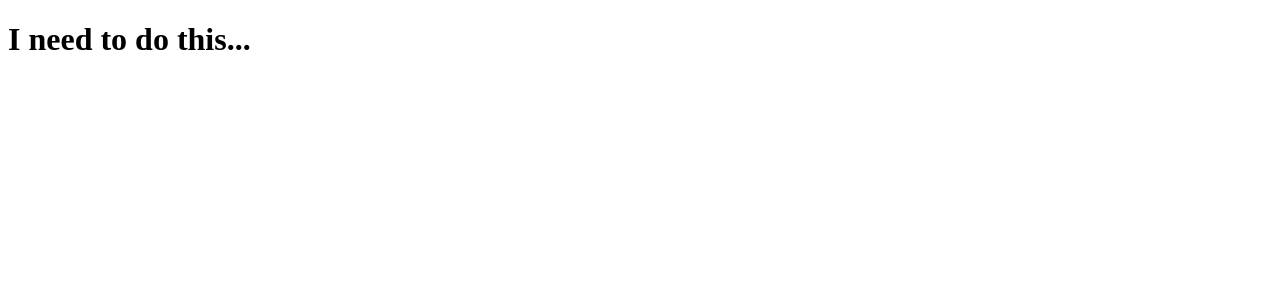
Repository: Shilldon/simple-django-todo
Page: http://localhost/add
The author's editor kept a record of every edit. The page is drawn from the files as they stood at one moment, then again after the next edit.
The browser window is 1280 px wide. The pictures show the whole page.
The page is served by the project's application, run on Django 2.2 (manage.py).

Above is the page before.

After the next edit:
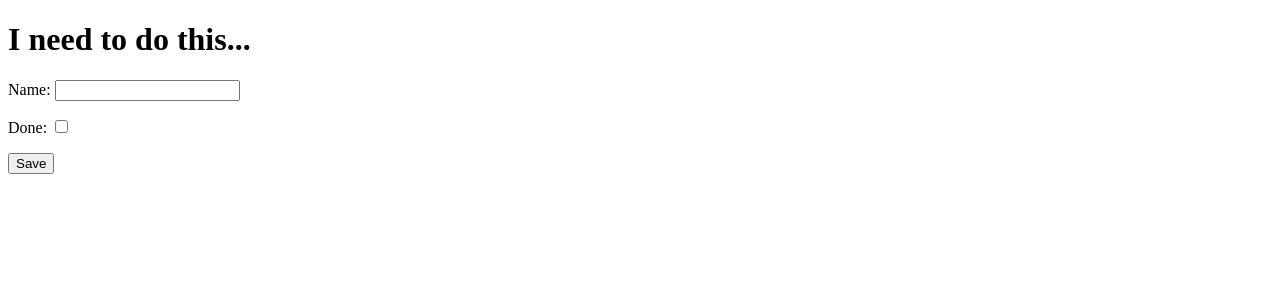
The edit:
--- a/todo/templates/item_form.html
+++ b/todo/templates/item_form.html
@@ -16,7 +16,10 @@
         <input type="text" id="id_name" name="name"/><br>
         <label for="id_done">Done:</label>
         <input type="checkbox" id="id_done" name="done"/><br>
-        <br>
+        <br>-->
+
+        {{ form.as_p }}
+        <!--as_p will render form with paragraph spacing-->
         <button type="submit">Save</button>
     </form>
 </body>
